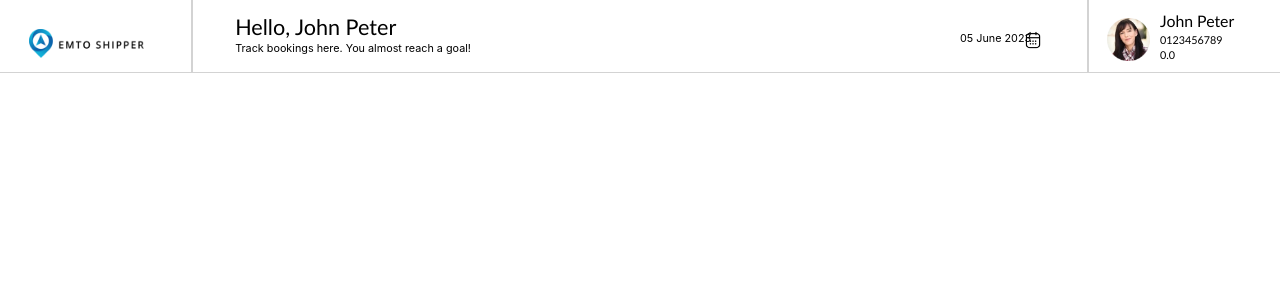
Repository: RoshanArun/Emto-Web
Page: /dashboard (app in emto/reactfirst/)
The author's editor kept a copy of each file at every save. The page is drawn from the files as they stood at one save, then again after the next save.
The browser window is 1280 px wide. The pictures show the whole page.
The project was rebuilt for these pictures with package versions that can differ from the ones it lists, and the page was loaded fresh each time. Also part of the build but not shown: emto/reactfirst/src/pages/SignUp/SignUp.css, emto/reactfirst/src/pages/SignUp/SignUp.js, emto/reactfirst/src/pages/Login/Login.js.

Above is the page before, as saved 2023-07-27 12:45:53.

After the next save:
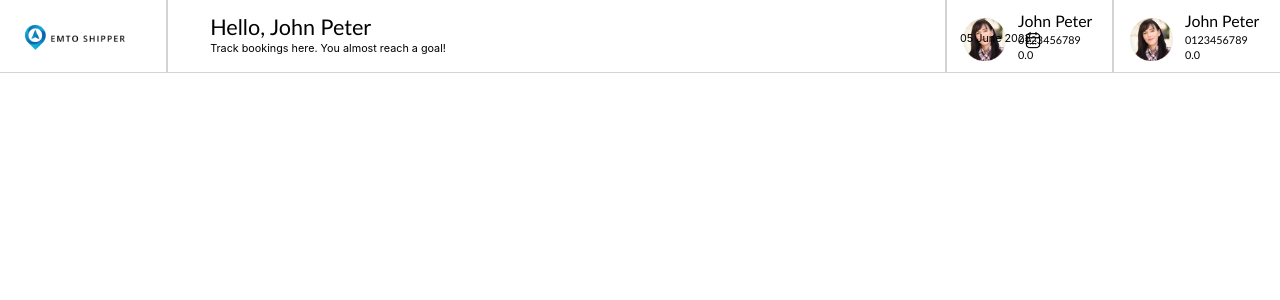
Saved 10 s later.
--- a/emto/reactfirst/src/pages/DashBoard/DashBoard.js
+++ b/emto/reactfirst/src/pages/DashBoard/DashBoard.js
@@ -16,6 +16,13 @@ const DashBoard = () => {
                         <img src={IMAGES.calender} class="calenderIcon" alt="dashboardlogo" /><br></br>
                         <label class="introsub">Track bookings here. You almost reach a goal!</label>
                     </div>
+                    <div class="top3">
+                        <img src={IMAGES.profile} class="profileIcon" alt="dashboardlogo" />
+                        <label class="userLabel">John Peter</label><br></br>
+                        <label class="userLabel2">0123456789</label><br></br>
+                        <label class="userLabel2">0.0</label><br></br>
+                    </div>
+
                     <div class="top3">
                         <img src={IMAGES.profile} class="profileIcon" alt="dashboardlogo" />
                         <label class="userLabel">John Peter</label><br></br>
